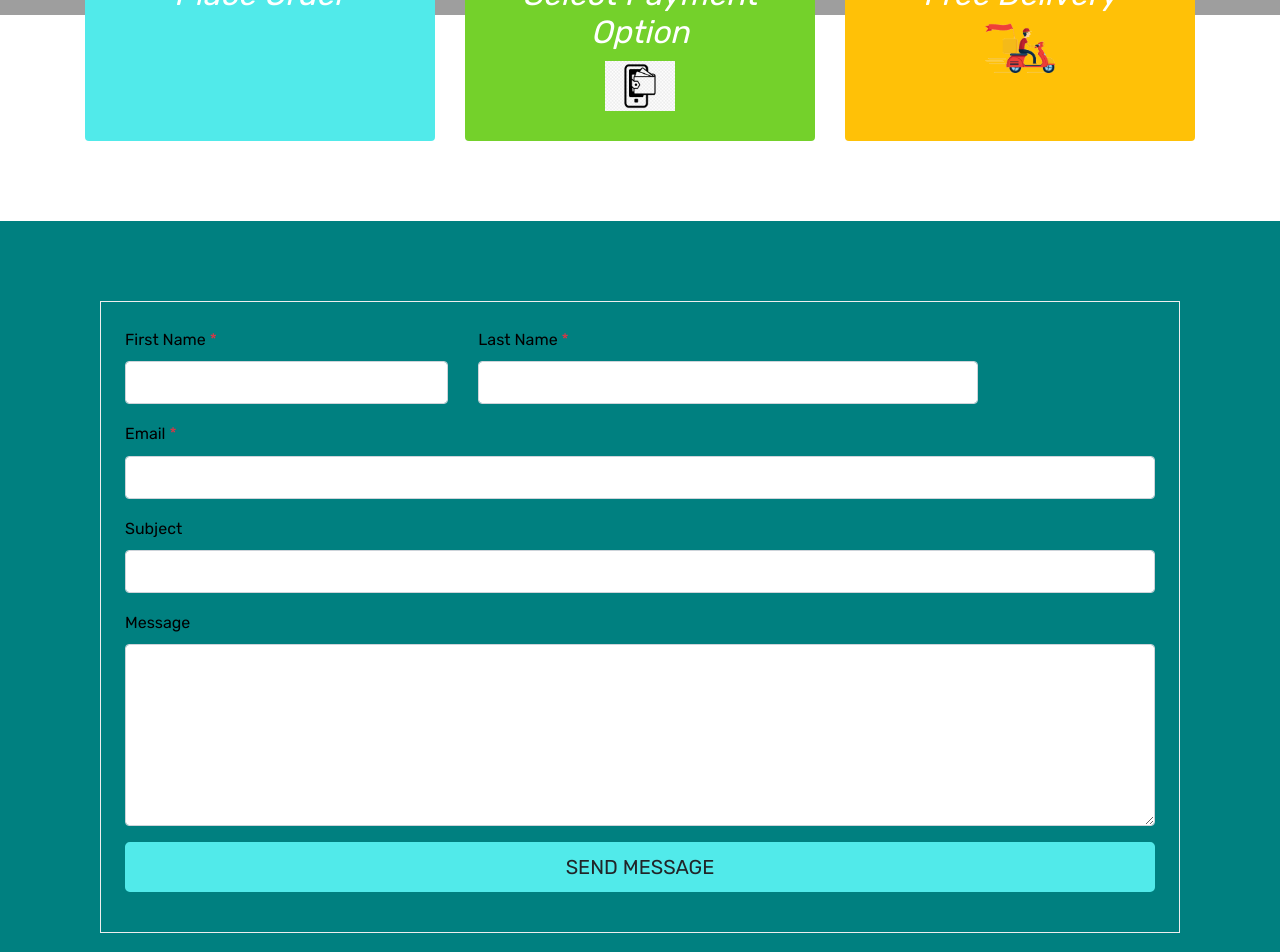
Repository: Nat-A/finalyearproject
Page: pharma/index - Copy.html
An editor plug-in stored every save of this project. The page is shown before and after a run of saves, followed by the edit.
The browser window is 1280 px wide. The pictures show the part of the page from y = 787 to 1739 px (the page is 3232 px tall).
Pictures or frames that could not be fetched are drawn as grey boxes.

Above is the page before, as saved 2020-06-03 13:37:51.

After the next 4 saves:
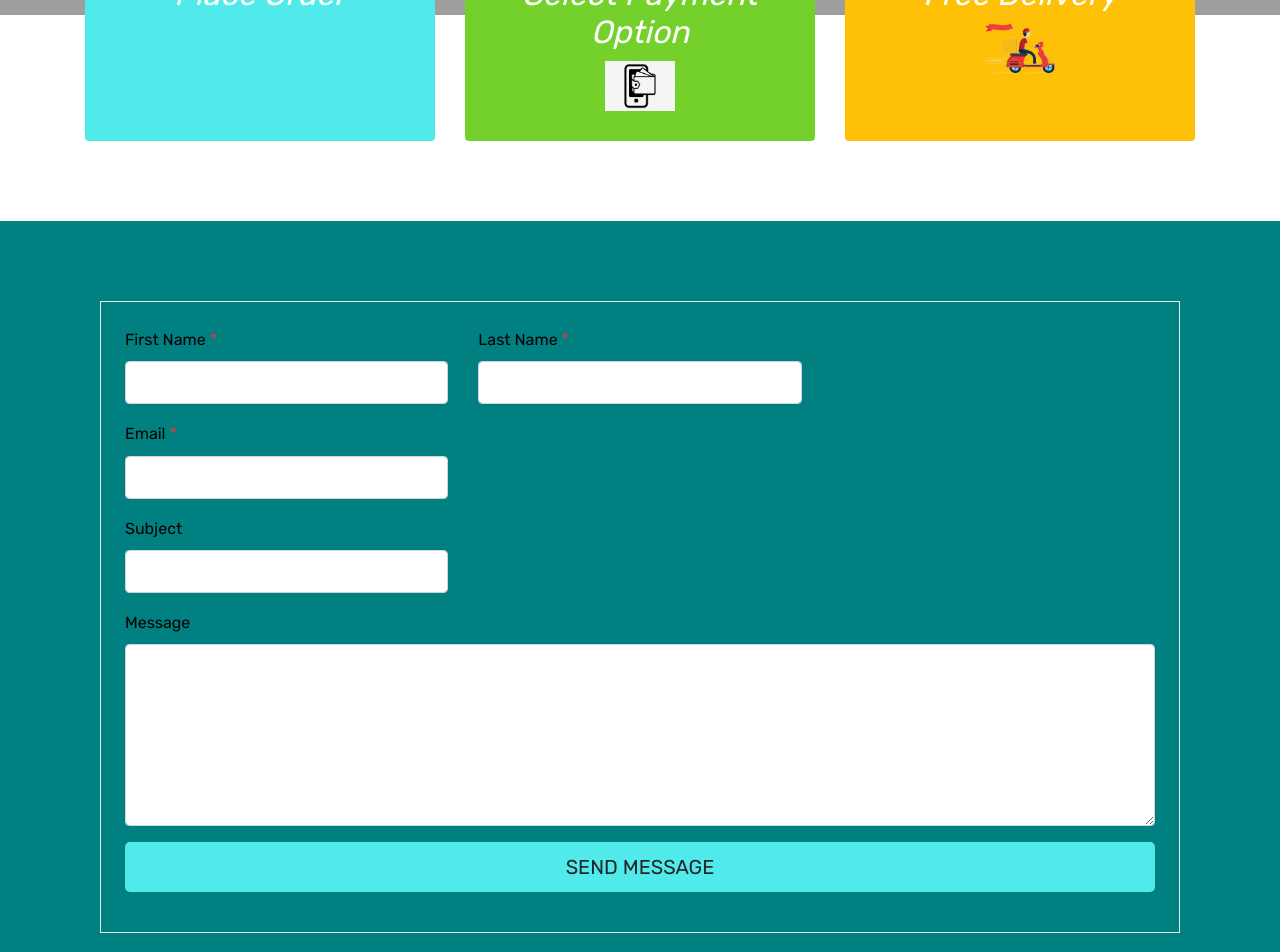
The 4 saves are shown as one change because they came seconds apart.
The last was saved 19 s later.
--- a/pharma/index - Copy.html
+++ b/pharma/index - Copy.html
@@ -145,19 +145,19 @@
                                     <label for="c_fname" class="text-black">First Name <span class="text-danger">*</span></label>
                                     <input type="text" class="form-control" id="c_fname" name="c_fname">
                                 </div>
-                                <div class="col-md-6">
+                                <div class="col-md-4">
                                     <label for="c_lname" class="text-black">Last Name <span class="text-danger">*</span></label>
                                     <input type="text" class="form-control" id="c_lname" name="c_lname">
                                 </div>
                             </div>
                             <div class="form-group row">
-                                <div class="col-md-12">
+                                <div class="col-md-4">
                                     <label for="c_email" class="text-black">Email <span class="text-danger">*</span></label>
                                     <input type="email" class="form-control" id="c_email" name="c_email" placeholder="">
                                 </div>
                             </div>
                             <div class="form-group row">
-                                <div class="col-md-12">
+                                <div class="col-md-4">
                                     <label for="c_subject" class="text-black">Subject </label>
                                     <input type="text" class="form-control" id="c_subject" name="c_subject">
                                 </div>
